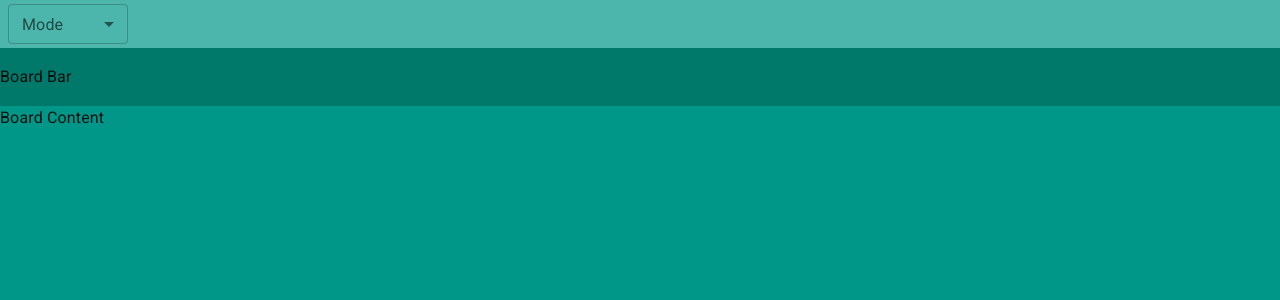
Repository: VoPhamKhanhTruong/trello-web
Page: /
The author's editor kept a copy of each file at every save. The page is drawn from the files as they stood at one save, then again after the next save.
The browser window is 1280 px wide. The pictures show the whole page.
The project was rebuilt for these pictures with package versions that can differ from the ones it lists, and the page was loaded fresh each time. Also part of the build but not shown: vite.config.js.

Above is the page before, as saved 2024-08-07 17:31:34.

After the next save:
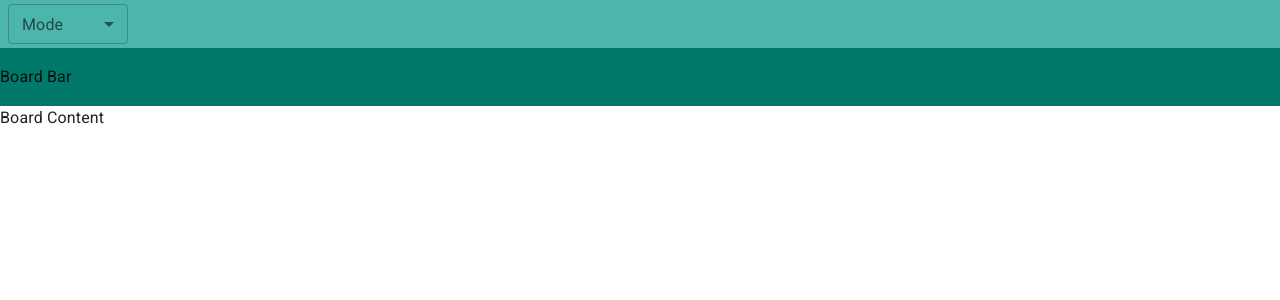
Saved 31 s later.
--- a/src/App.jsx
+++ b/src/App.jsx
@@ -58,7 +58,7 @@ function ModeSelect() {
 
 function App() {
   return (
-    <Container disableGutters maxWidth={false} sx={{ height: '100vh', backgroundColor: 'primary.main'}}>
+    <Container disableGutters maxWidth={false} sx={{ height: '100vh' }}>
       <Box sx={{
         backgroundColor: 'primary.light',
         width: '100%',
